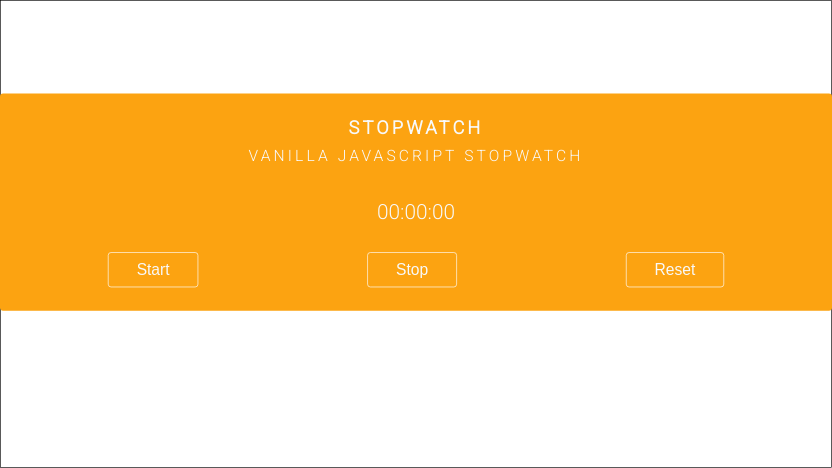
Repository: siaxiong/siaxiong.github.io
Page: doc/stopWatch.html
The author's editor kept a copy of each file at every save. The page is drawn from the files as they stood at one save, then again after the next save.
The browser window is 1280 px wide. The pictures show the whole page, at 65% of full size.

Above is the page before, as saved 2021-03-11 16:27:29.

After the next save:
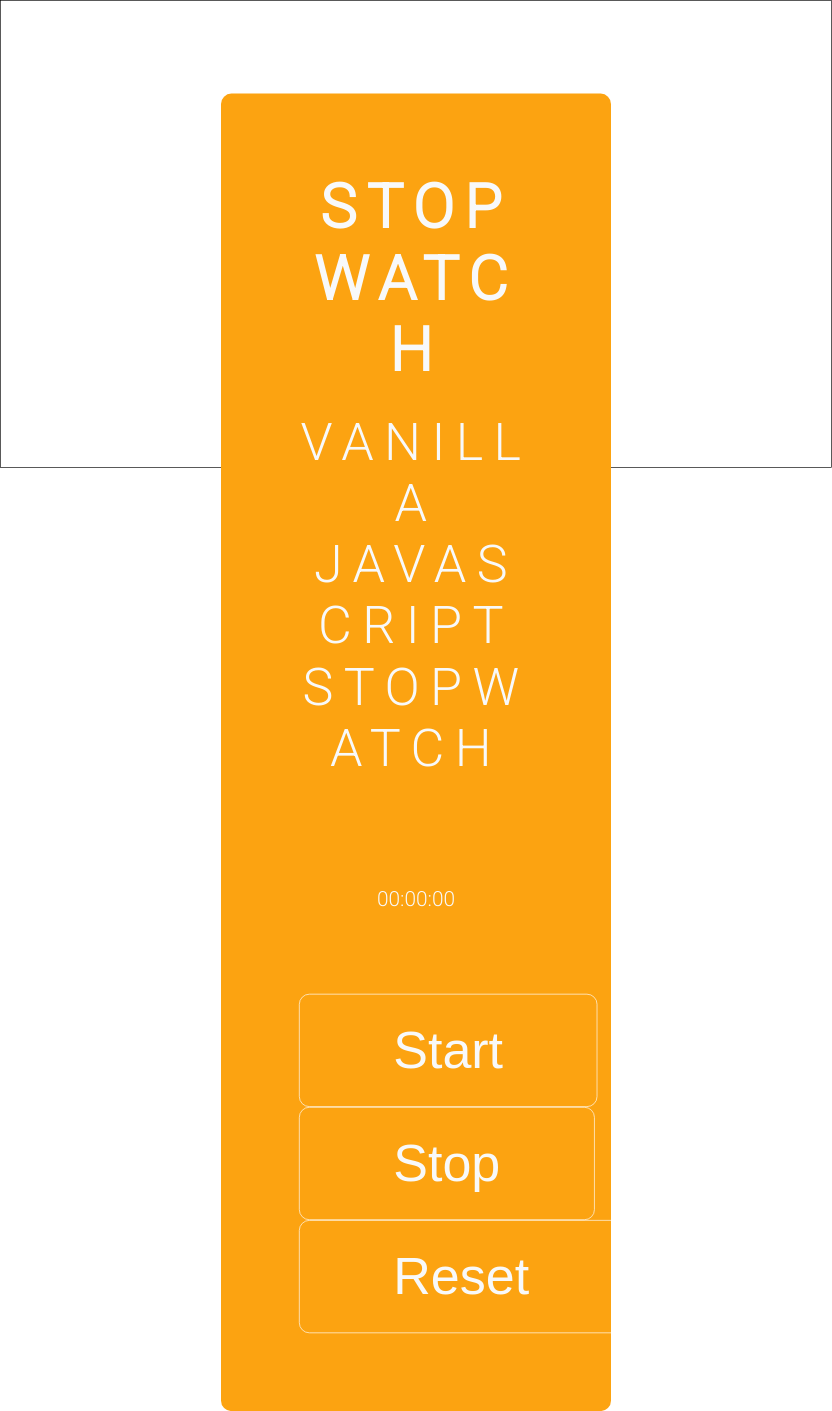
Saved 21 s later.
--- a/doc/stopWatch.html
+++ b/doc/stopWatch.html
@@ -25,6 +25,7 @@
 
     .stopwatch {
         margin: 0 auto;
+        max-width: 600px;
         width: 100%;
 
         color: #f8f9fa;
@@ -96,7 +97,7 @@
     }
 
     .stopwatch--medium {
-        /* font-size: 5rem; */
+        font-size: 5rem;
     }
 
     @media only screen and (max-width: 700px) {
